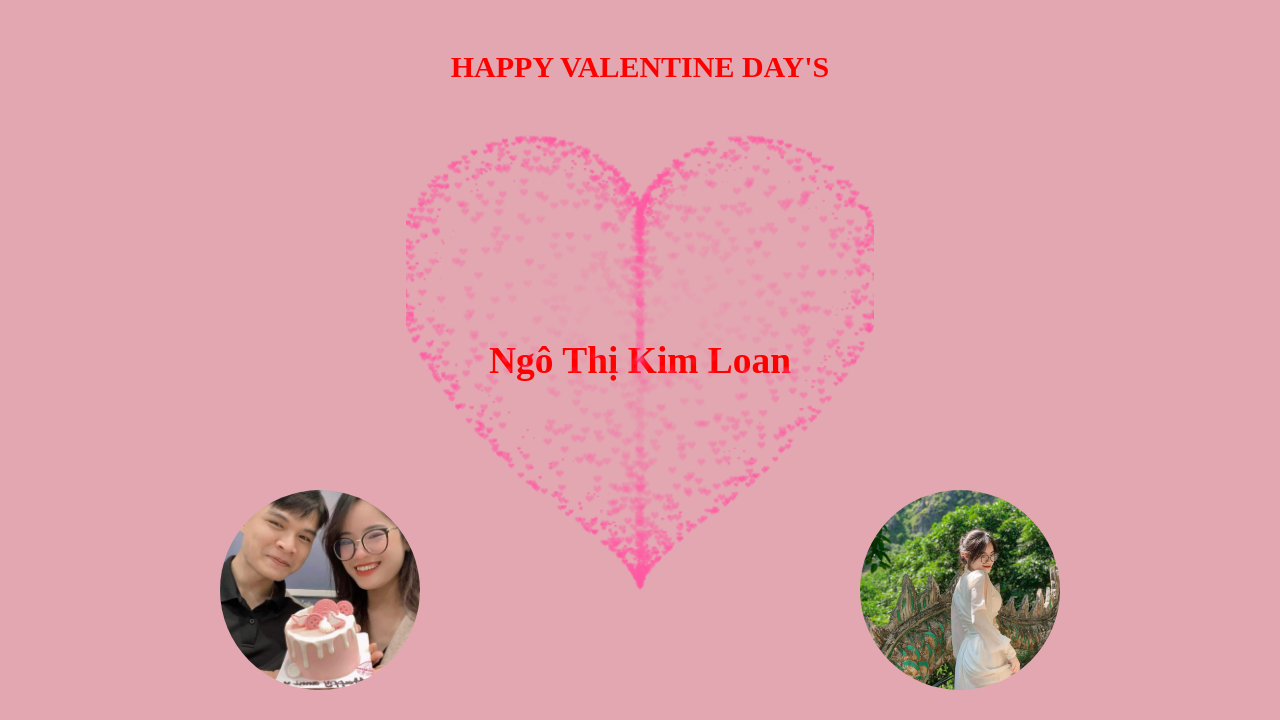
Repository: congbnvn0709/happy-valentine
Page: index.html
The author's editor kept a copy of each file at every save. The page is drawn from the files as they stood at one save, then again after the next save.
The browser window is 1280 px wide. The pictures show the whole page.

Above is the page before, as saved 2023-01-30 23:34:50.

### index.html
<!DOCTYPE html PUBLIC "-//W3C//DTD HTML 4.0 Transitional//EN">
<html>
  <head>
    <title>Happy valentine day's</title>
    <meta name="Generator" content="EditPlus" />
    <meta name="Author" content="" />
    <meta name="Keywords" content="" />
    <meta name="Description" content="" />
    <link rel="stylesheet" type="text/css" href="style.css" />
  </head>

  <body>
    <p class="title">HAPPY VALENTINE DAY'S</p>
    <h1>Ngô Thị Kim Loan</h1>

    <div class="box">
      <canvas id="pinkboard"></canvas>
    </div>
    <div class="image">
        <img class="image1" src="./person1.jpg" alt="" srcset="">
        <img class="image1" src="./person2.jpg" alt="" srcset="">
    </div>
    <script src="app.js"></script>
  </body>
</html>

### style.css
html,
body {
  height: 100%;
  padding: 0;
  margin: 0;
  background: rgb(227, 167, 177);
  display: flex;
  justify-content: center;
  align-items: center;
}

h1 {
  color: red;
}

.box {
  width: 100%;
  position: absolute;
  top: 50%;
  left: 50%;
  transform: translate(-50%, -50%);
  display: flex;
  flex-direction: column;
}

canvas {
  position: absolute;
  width: 100%;
  height: 100%;
}

#pinkboard {
  position: relative;
  margin: auto;
  height: 400px;
  width: 400px;
  animation: animate 2s infinite;
}

h1 {
  animation: animate 2s infinite;
}

#pinkboard:before,
#pinkboard:after {
  content: "";

  position: absolute;

  background: #ff5ca4;

  width: 100px;

  height: 160px;

  border-top-left-radius: 50px;

  border-top-right-radius: 50px;
}

#pinkboard:before {
  left: 100px;

  transform: rotate(-45deg);

  transform-origin: 0 100%;

  box-shadow: 0 14px 28px rgba(0, 0, 0, 0.25), 0 10px 10px rgba(0, 0, 0, 0.22);
}

#pinkboard:after {
  left: 0;

  transform: rotate(45deg);

  transform-origin: 100% 100%;
}

@keyframes animate {
  0% {
    transform: scale(1);
  }

  30% {
    transform: scale(0.8);
  }

  60% {
    transform: scale(1.2);
  }

  100% {
    transform: scale(1);
  }
}

.title {
  position: absolute;
  top: 20px;
  color: red;
  font-size: 30px;
  font-weight: 700;
}
.image{
    display: flex;
    width: 100%;
    justify-content: space-around;
    position: absolute;
    bottom: 30px;
}
.image1{
    width: 200px;
    height: 200px;
    border-radius: 50%;
    object-fit: cover;
}

### app.js
var settings = {
    particles: {
      length: 2000,
      duration: 3,
      velocity: 100,
      effect: -1,
      size: 8,
    },
  };

  (function () {
    var b = 0;

    var c = ["ms", "moz", "webkit", "o"];

    for (var a = 0; a < c.length && !window.requestAnimationFrame; ++a) {
      window.requestAnimationFrame = window[c[a] + "RequestAnimationFrame"];

      window.cancelAnimationFrame =
        window[c[a] + "CancelAnimationFrame"] ||
        window[c[a] + "CancelRequestAnimationFrame"];
    }

    if (!window.requestAnimationFrame) {
      window.requestAnimationFrame = function (h, e) {
        var d = new Date().getTime();

        var f = Math.max(0, 16 - (d - b));

        var g = window.setTimeout(function () {
          h(d + f);
        }, f);

        b = d + f;

        return g;
      };
    }

    if (!window.cancelAnimationFrame) {
      window.cancelAnimationFrame = function (d) {
        clearTimeout(d);
      };
    }
  })();

  var Point = (function () {
    function Point(x, y) {
      this.x = typeof x !== "undefined" ? x : 0;

      this.y = typeof y !== "undefined" ? y : 0;
    }

    Point.prototype.clone = function () {
      return new Point(this.x, this.y);
    };

    Point.prototype.length = function (length) {
      if (typeof length == "undefined")
        return Math.sqrt(this.x * this.x + this.y * this.y);

      this.normalize();

      this.x *= length;

      this.y *= length;

      return this;
    };

    Point.prototype.normalize = function () {
      var length = this.length();

      this.x /= length;

      this.y /= length;

      return this;
    };

    return Point;
  })();

  var Particle = (function () {
    function Particle() {
      this.position = new Point();

      this.velocity = new Point();

      this.acceleration = new Point();

      this.age = 0;
    }

    Particle.prototype.initialize = function (x, y, dx, dy) {
      this.position.x = x;

      this.position.y = y;

      this.velocity.x = dx;

      this.velocity.y = dy;

      this.acceleration.x = dx * settings.particles.effect;

      this.acceleration.y = dy * settings.particles.effect;

      this.age = 0;
    };

    Particle.prototype.update = function (deltaTime) {
      this.position.x += this.velocity.x * deltaTime;

      this.position.y += this.velocity.y * deltaTime;

      this.velocity.x += this.acceleration.x * deltaTime;

      this.velocity.y += this.acceleration.y * deltaTime;

      this.age += deltaTime;
    };

    Particle.prototype.draw = function (context, image) {
      function ease(t) {
        return --t * t * t + 1;
      }

      var size = image.width * ease(this.age / settings.particles.duration);

      context.globalAlpha = 1 - this.age / settings.particles.duration;

      context.drawImage(
        image,

        this.position.x - size / 2,

        this.position.y - size / 2,

        size,

        size
      );
    };

    return Particle;
  })();

  var ParticlePool = (function () {
    var particles,
      firstActive = 0,
      firstFree = 0,
      duration = settings.particles.duration;

    function ParticlePool(length) {
      particles = new Array(length);

      for (var i = 0; i < particles.length; i++)
        particles[i] = new Particle();
    }

    ParticlePool.prototype.add = function (x, y, dx, dy) {
      particles[firstFree].initialize(x, y, dx, dy);

      firstFree++;

      if (firstFree == particles.length) firstFree = 0;

      if (firstActive == firstFree) firstActive++;

      if (firstActive == particles.length) firstActive = 0;
    };

    ParticlePool.prototype.update = function (deltaTime) {
      var i;

      if (firstActive < firstFree) {
        for (i = firstActive; i < firstFree; i++)
          particles[i].update(deltaTime);
      }

      if (firstFree < firstActive) {
        for (i = firstActive; i < particles.length; i++)
          particles[i].update(deltaTime);

        for (i = 0; i < firstFree; i++) particles[i].update(deltaTime);
      }

      while (
        particles[firstActive].age >= duration &&
        firstActive != firstFree
      ) {
        firstActive++;

        if (firstActive == particles.length) firstActive = 0;
      }
    };

    ParticlePool.prototype.draw = function (context, image) {
      if (firstActive < firstFree) {
        for (i = firstActive; i < firstFree; i++)
          particles[i].draw(context, image);
      }

      if (firstFree < firstActive) {
        for (i = firstActive; i < particles.length; i++)
          particles[i].draw(context, image);

        for (i = 0; i < firstFree; i++) particles[i].draw(context, image);
      }
    };

    return ParticlePool;
  })();

  (function (canvas) {
    var context = canvas.getContext("2d"),
      particles = new ParticlePool(settings.particles.length),
      particleRate =
        settings.particles.length / settings.particles.duration,
      time;

    function pointOnHeart(t) {
      return new Point(
        160 * Math.pow(Math.sin(t), 3),

        130 * Math.cos(t) -
          50 * Math.cos(2 * t) -
          20 * Math.cos(3 * t) -
          10 * Math.cos(4 * t) +
          25
      );
    }

    var image = (function () {
      var canvas = document.createElement("canvas"),
        context = canvas.getContext("2d");

      canvas.width = settings.particles.size;

      canvas.height = settings.particles.size;

      function to(t) {
        var point = pointOnHeart(t);

        point.x =
          settings.particles.size / 2 +
          (point.x * settings.particles.size) / 350;

        point.y =
          settings.particles.size / 2 -
          (point.y * settings.particles.size) / 350;

        return point;
      }

      context.beginPath();

      var t = -Math.PI;

      var point = to(t);

      context.moveTo(point.x, point.y);

      while (t < Math.PI) {
        t += 0.01;

        point = to(t);

        context.lineTo(point.x, point.y);
      }

      context.closePath();

      context.fillStyle = "#FF5CA4";

      context.fill();

      var image = new Image();

      image.src = canvas.toDataURL();

      return image;
    })();

    function render() {
      requestAnimationFrame(render);

      var newTime = new Date().getTime() / 1000,
        deltaTime = newTime - (time || newTime);

      time = newTime;

      context.clearRect(0, 0, canvas.width, canvas.height);

      var amount = particleRate * deltaTime;

      for (var i = 0; i < amount; i++) {
        var pos = pointOnHeart(Math.PI - 2 * Math.PI * Math.random());

        var dir = pos.clone().length(settings.particles.velocity);

        particles.add(
          canvas.width / 2 + pos.x,

          canvas.height / 2 - pos.y,

          dir.x,

          -dir.y
        );
      }

      particles.update(deltaTime);

      particles.draw(context, image);
    }

    function onResize() {
      canvas.width = canvas.clientWidth;

      canvas.height = canvas.clientHeight;
    }

    window.onresize = onResize;

    setTimeout(function () {
      onResize();

      render();
    }, 10);
  })(document.getElementById("pinkboard"));

After the next save:
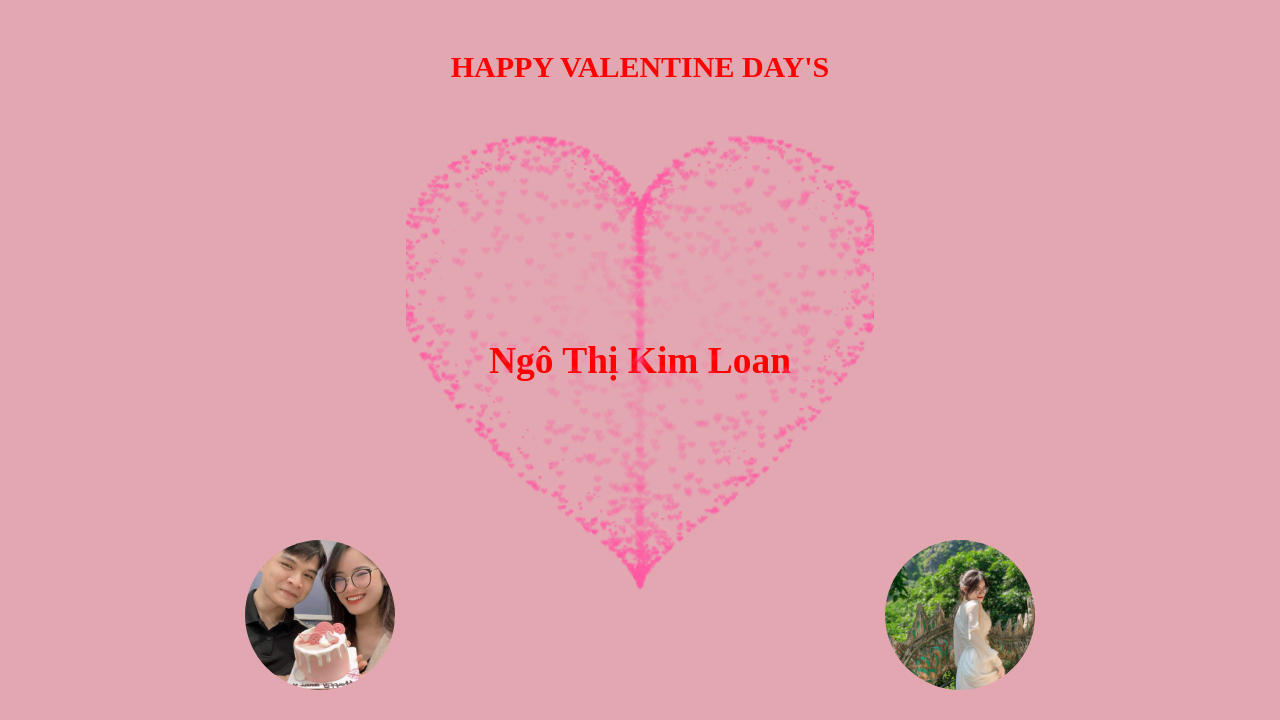
Saved 9 s later.
--- a/style.css
+++ b/style.css
@@ -109,8 +109,8 @@ h1 {
     bottom: 30px;
 }
 .image1{
-    width: 200px;
-    height: 200px;
+    width: 150px;
+    height: 150px;
     border-radius: 50%;
     object-fit: cover;
 }
